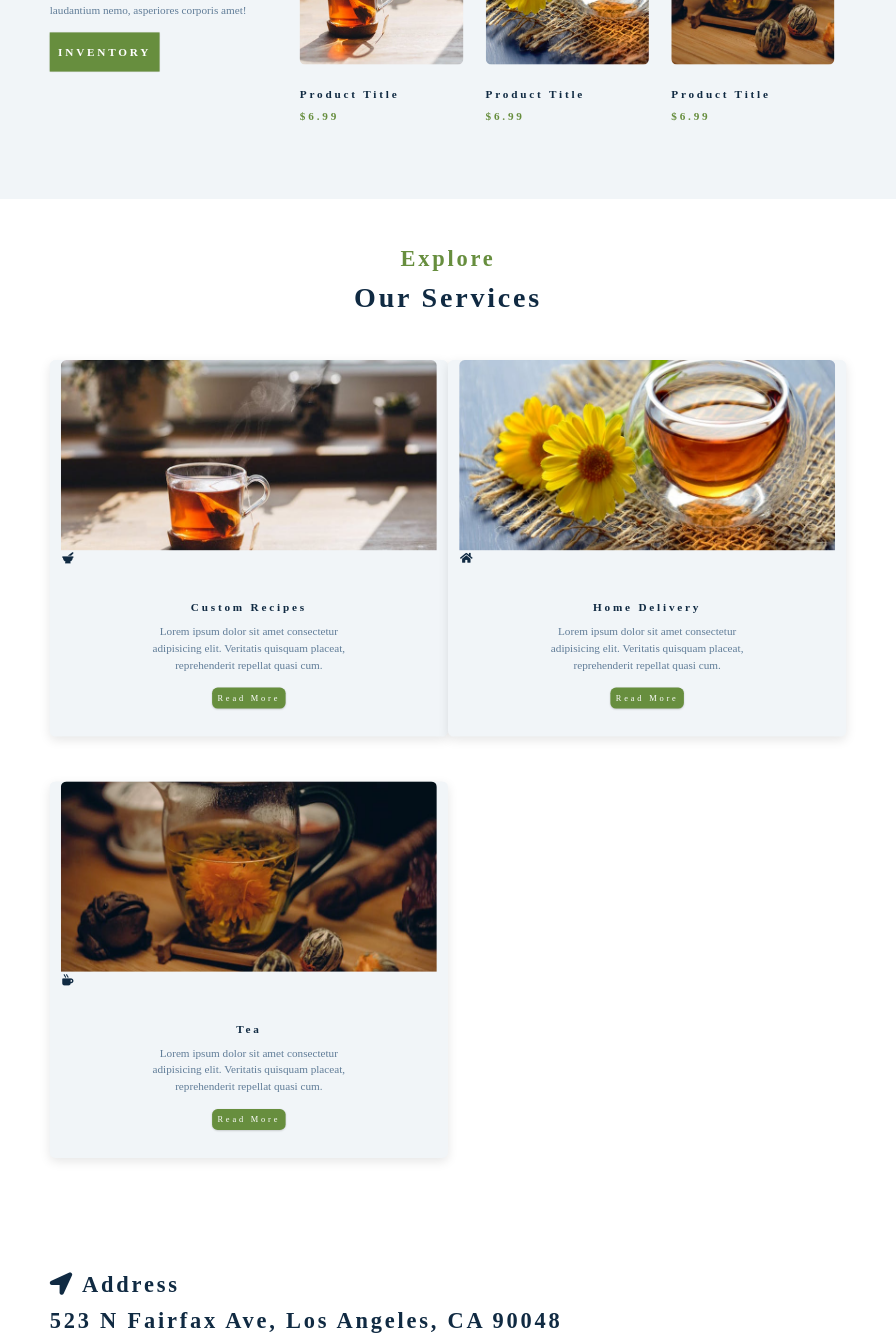
Repository: Ndifoinhilary/building_tea_site
Page: index.html
An editor plug-in stored every save of this project. The page is shown before and after the next save, followed by the edit.
The browser window is 1280 px wide. The pictures show the part of the page from y = 1906 to 3826 px (the page is 4376 px tall), at 70% of full size.
Backgrounds fixed to the window are drawn as part of the page. Some web fonts or font styles are not loaded; a fallback is used.

Above is the page before, as saved 2024-01-06 14:23:04.

### index.html
<!DOCTYPE html>
<html lang="en">

<head>
  <meta charset="UTF-8" />
  <meta name="viewport" content="width=device-width, initial-scale=1.0" />
  <meta http-equiv="X-UA-Compatible" content="ie=edge" />
  <title>Tea Station || Home</title>
  <!-- font-awesome -->
  <link rel="stylesheet" href="./fontawesome-free-5.7.2-web/css/all.css" />
  <!-- custom css -->
  <link rel="stylesheet" href="./css/styles.css" />
</head>

<body>
  <!-- nav button -->
  <span class="nav-btn" id="nav-btn">
    <i class="fas fa-bars"></i>
  </span>
  <!-- nav -->
  <nav class="navbar" id="navbar">
    <div class="navbar-header">
      <span class="nav-close" id="nav-close">
        <i class="fas fa-times"></i>
      </span>
    </div>
    <ul class="nav-items">
      <li><a href="index.html" class="nav-link">home</a></li>
      <li><a href="skills.html" class="nav-link">skills</a></li>
      <li><a href="about.html" class="nav-link">about</a></li>
      <li><a href="products.html" class="nav-link">products</a></li>
    </ul>
  </nav>
  <!-- header -->
  <header class="header">
    <div class="banner">
      <h2 class="banner-subtitle">Over one hunred flavors of tea</h2>
      <h1 class="banner-title">specially crafted tea</h1>
      <a href="skills.html" class=" btn banner-btn">explore</a>
    </div>
  </header>

  <div class="content-divider"></div>





  <!-- skills section -->
  <section class="skills clearfix">
    <!-- single skill -->
    <article class="skill">
      <span class="skill-icon">
        <i class="fas fa-mug-hot"></i>
      </span>
      <h4 class="skill-title">made in US</h4>
      <!-- ten words -->
      <p class="skill-text">
        Lorem ipsum dolor sit amet consectetur adipisicing elit. Tempore,
        sequi.
      </p>
    </article>
    <!-- end of single skill -->
    <!-- single skill -->
    <article class="skill">
      <span class="skill-icon">
        <i class="fas fa-glass-cheers"></i>
      </span>
      <h4 class="skill-title">relaxation</h4>
      <!-- ten words -->
      <p class="skill-text">
        Lorem ipsum dolor sit amet consectetur adipisicing elit. Tempore,
        sequi.
      </p>
    </article>
    <!-- end of single skill -->
    <!-- single skill -->
    <article class="skill">
      <span class="skill-icon">
        <i class="fas fa-bomb"></i>
      </span>
      <h4 class="skill-title">energy</h4>
      <!-- ten words -->
      <p class="skill-text">
        Lorem ipsum dolor sit amet consectetur adipisicing elit. Tempore,
        sequi.
      </p>
    </article>
    <!-- end of single skill -->
    <!-- single skill -->
    <article class="skill">
      <span class="skill-icon">
        <i class="fas fa-mortar-pestle"></i>
      </span>
      <h4 class="skill-title">family recipe</h4>
      <!-- ten words -->
      <p class="skill-text">
        Lorem ipsum dolor sit amet consectetur adipisicing elit. Tempore,
        sequi.
      </p>
    </article>
    <!-- end of single skill -->
  </section>
  <!--end of skills section -->




  <!-- about -->
  <section class="about">

    <div class="section-center clearfix">

      <article class="about-img">
        <div class="about-picture-container">
          <img src="./images/about-bcg.jpeg" alt="tea kettle" class="about-picture" />
        </div>
      </article>

      <article class="about-info">
        <!-- section title -->
        <div class="section-title">
          <h3 class="section-subtitle">about our</h3>
          <h2 class="section-title">tea station</h2>
        </div>
        <!-- section title -->
        <p class="about-text">
          Lorem ipsum dolor sit amet consectetur adipisicing elit. Possimus
          numquam rem eos vel consequuntur obcaecati?
        </p>
        <p class="about-text">
          Lorem ipsum dolor sit amet consectetur adipisicing elit. Possimus
          numquam rem eos vel consequuntur obcaecati?
        </p>
        <a href="about.html" class="btn">learn more</a>
      </article>
    </div>
  </section>
  <!-- end of about -->





  <!-- products -->
  <section class="products">
    <div class="section-center clearfix">
      <!-- products info  -->
      <article class="products-info">
        <!-- title -->
        <div>
          <h3 class="section-subtitle">check out</h3>
          <h2 class="section-title text-white">our products</h2>
        </div>
        <!-- end of title -->
        <p class="product-text">
          Lorem ipsum dolor sit amet consectetur adipisicing elit. Quod, quae
          vitae! Natus sed fugiat id laudantium nemo, asperiores corporis
          amet!
        </p>
        <a href="products.html" class="btn">inventory</a>
      </article>
      <!-- end of products info -->

      <!-- products inventory -->
      <article class="products-inventory clearfix">
        <!-- single product -->
        <div class="product">
          <img src="./images/product-1.jpeg" alt="single product" class="product-img" />
          <h4 class="product-title">product title</h4>
          <h4 class="product-price">$6.99</h4>
        </div>
        <!--end of single product -->
        <!-- single product -->
        <div class="product">
          <img src="./images/product-2.jpeg" alt="single product" class="product-img" />
          <h4 class="product-title">product title</h4>
          <h4 class="product-price">$6.99</h4>
        </div>
        <!--end of single product -->
        <!-- single product -->
        <div class="product">
          <img src="./images/product-3.jpeg" alt="single product" class="product-img" />
          <h4 class="product-title">product title</h4>
          <h4 class="product-price">$6.99</h4>
        </div>
        <!--end of single product -->
      </article>
      <!--end of  products inventory -->
    </div>
  </section>


  <!-- end of  products -->

<!-- Services section -->
<section class="services">
    <!-- section title -->
    <div class="section-title services-title">
      <h3 class="section-subtitle">explore</h3>
      <h2 class="section-title">Our services</h2>
    </div>
    <!-- section title -->

    <div class="section-center clearfix">
      <!-- single card -->
      <article class="service-card">
        <div class="service-img-container">
          <img src="./images/product-1.jpeg" class="service-img" alt="signle service">
          <span class="service-icon"><i class="fas fa-mortar-pestle fa-fw"></i></span>
        </div>
        <div class="service-info">
          <h4>Custom recipes</h4>
          <p>Lorem ipsum dolor sit amet consectetur adipisicing elit. Veritatis quisquam placeat, reprehenderit repellat quasi cum.</p>
          <a href="products.html" class="btn service-btn">read more</a>
        </div>
      </article>

      <article class="service-card">
        <div class="service-img-container">
          <img src="./images/product-2.jpeg" class="service-img" alt="signle service">
          <span class="service-icon"><i class="fas fa-home fa-fw"></i></span>
        </div>
        <div class="service-info">
          <h4>Home delivery</h4>
          <p>Lorem ipsum dolor sit amet consectetur adipisicing elit. Veritatis quisquam placeat, reprehenderit repellat quasi cum.</p>
          <a href="products.html" class="btn service-btn">read more</a>
        </div>
      </article>
      <article class="service-card">
        <div class="service-img-container">
          <img src="./images/product-3.jpeg" class="service-img" alt="signle service">
          <span class="service-icon"><i class="fas fa-mug-hot fa-fw"></i></span>
        </div>
        <div class="service-info">
          <h4>tea </h4>
          <p>Lorem ipsum dolor sit amet consectetur adipisicing elit. Veritatis quisquam placeat, reprehenderit repellat quasi cum.</p>
          <a href="products.html" class="btn service-btn">read more</a>
        </div>
      </article>
      <!--  end single card -->
    </div>
    <!-- service infor -->

    <!-- End service infor -->
</section>
<!-- End of service section -->


  <!-- contact -->
  <section class="contact">
    <div class="section-center clearfix">
      <!-- contact info -->
      <article class="contact-info">
        <!-- contact item -->
        <div class="contact-item">
          <!-- contact text -->
          <h3 class="contact-title">
            <span class="contact-icon">
              <i class="fas fa-location-arrow"></i> </span>address
          </h3>
          <h3 class="contact-text">
            523 N Fairfax Ave, Los Angeles, CA 90048
          </h3>
        </div>
        <!-- end of contact item -->
        <!-- contact item -->
        <div class="contact-item">
          <!-- contact text -->
          <h3 class="contact-title">
            <span class="contact-icon"> <i class="fas fa-envelope"></i> </span>email
          </h3>
          <h3 class="contact-text">email@email.com</h3>
        </div>
        <!-- end of contact item -->

        <!-- contact item -->
        <div class="contact-item">
          <!-- contact text -->
          <h3 class="contact-title">
            <span class="contact-icon">
              <i class="fas fa-location-arrow"></i> </span>telephone
          </h3>
          <h3 class="contact-text">+ 123 456 789</h3>
        </div>
        <!-- end of contact item -->
      </article>
      <article class="contact-form">
        <form action="https://formspree.io/learncodetutorial@gmail.com" method="POST" class="form-group">
          <input type="text" name="name" placeholder="name" class="form-control" />
          <input type="email" name="email" placeholder="email" class="form-control" />
          <textarea name="message" placeholder="message" class="form-control" rows="5"></textarea>
          <button class="main-btn">send</button>
        </form>
      </article>
      <!-- end of contact info -->
    </div>
  </section>




  <!-- end o fcontact -->
  <footer class="footer">
    <div class="section-center">
      <div class="social-icons">
        <!-- social icon -->
        <a href="#" class="social-icon">
          <i class="fab fa-facebook"></i>
        </a>
        <!-- end of social icon -->
        <!-- social icon -->
        <a href="#" class="social-icon">
          <i class="fab fa-twitter"></i>
        </a>
        <!-- end of social icon -->
        <!-- social icon -->
        <a href="#" class="social-icon">
          <i class="fab fa-instagram"></i>
        </a>
        <!-- end of social icon -->
      </div>
      <p class="footer-text">
        &copy;2019 <span class="text-primary">tea station</span>. all rights
        reserved
      </p>
    </div>
  </footer>



  <script src="app.js"></script>
</body>

</html>

### css/styles.css
@import url("https://fonts.googleapis.com/css?family=Catamaran:400,700|Grand+Hotel");

* {
  margin: 0;
  padding: 0;
  box-sizing: border-box;
}

/*================
Global variables
===================
*/

:root{
  --clr-primary:#678e3e;
  --clr-primary-light:#beed8c;
  --clr-grey-1:#102a42;
  --clr-grey-5:#617d98;
  --clr-grey-10:#f1f5f8;
  --clr-white:#fff;
  --ff-primary:"Catamaran",sans-serif;
  --ff-secondary:"Grand Hotel", cursive;
  --transition: all 0.3s linear ;
  --spacing:0.25rem;
  --radius:0.5rem;
}


body{
  font-family: var(--clr-primary);
  background: var(--clr-white);
  color: var(--clr-grey-1);
  line-height: 1.5;
  font-size: 0.875rem;
}

a{
  text-decoration: none;
}

img{
  width: 100%;
  display: block;
}
h1,h2,h3,h4{
  letter-spacing: var(--spacing);
  text-transform: capitalize;
  line-height: 1.25;
  margin-bottom: 0.75rem;
}

h1{
  font-size: 3rem;
}
h2{
  font-size: 2rem;
}
h3{
  font-size: 1.5rem;
}
h4{
  font-size: 0.875rem;
}

p{
  margin-bottom: 1.25rem;
}
@media screen and (min-width:800px) {
  h1{
    font-size: 4rem;
  }
  h2{
    font-size: 2.5rem;
  }
  h3{
    font-size: 2rem;
  }
  h4{
    font-size: 1rem;
  }
  body{
    font-size: 1rem;
  }
  h1,h2,h3,h4{
    line-height: 1.25;

  }
}
/*
more css
 */

 .btn{
  text-transform: uppercase;
  background: var(--clr-primary);
  color: var(--clr-white);
  padding: 1rem 0.75rem;
  letter-spacing: var(--spacing);
  display: inline-block;
  font-weight:700 ;
  transition: var(--transition);
  font-size: 1rem;
  border: none;
  cursor: pointer;
  box-shadow: 0 1px 3px rgba(0, 0, 0,0.2);
 }
.btn:hover {
  color: var(--ff-primary);
  background: var(--clr-primary-light);
}
.clearfix::after , .clearfix::before{
  content: "";
  clear: both;
  display: table;
}
.section-title h3{
font-family: var(--ff-secondary);
color: var(--clr-primary);
}
.section-title{
  margin-bottom: 2rem;
}
.section-center{
  padding: 4rem 0;
  width: 85vw;
  margin: 0 auto;
  max-width: 1170px;
}
@media screen and (min-width:992px) {
  .section-center{
    width: 95vw;
    padding: 4rem 1rem;
  }
}
 /*
 header
  */

  .header{
    min-height: 100vh;
    background: linear-gradient(rgba(0, 0, 0,0.6),rgba(0, 0, 0,0.6)) ,url("/images/main-bcg.jpeg") center/cover no-repeat fixed;
    position: relative;
    /* animation */
    overflow-x: hidden;

  }

  .banner{
    text-align: center;
    position: absolute;
    top: 50%;
    left: 50%;
    transform: translate(-50%,-50%);
  }

  .banner h2{
    font-family: var(--ff-secondary);
    color: var(--clr-primary);
    /* animation */
  }

  .banner h1{
    text-transform: uppercase;
    color: var(--clr-white);
    margin-top: 1.25rem;
    margin-bottom: 2rem;
  }

.banner-btn{
  outline: 0.125rem solid var(--clr-primary);
  outline-offset: 0.25rem;
  font-size: 1.25rem;
  padding:1rem 1.75rem ;
}

.content-divider{
height: 0.5rem;
background: linear-gradient(to left, var(--clr-primary), #e9b949, var(--clr-primary));
}

/*
skills section
 */

 .skills{
  background: var(--clr-grey-10);

 }

 .skill{
  text-align: center;
  padding: 2.5rem 0;
  transition: var(--transition);

 }

 .skill-icon{
  font-size: 2.5rem;
  margin-bottom: 1.25rem;
  transition: var(--transition);
  display: inline-block;
  color: var(--clr-primary);

 }
 .skill-text{
  color: var(--clr-grey-5);
  max-width: 17rem;
  margin: 0 auto;
 }
 .skill:hover {
  background: var(--clr-white);
  box-shadow: 0  2px var(--clr-primary);
 }

 .skill:hover .skill-icon{
  transform: translateY(-5px);
 }
 @media screen and (min-width:576px) {
  .skill{
    float: left;
    width: 50%;
  }
 }

 @media screen and (min-width:1200px) {
  .skill{

    width: 25%;
  }
 }

 /*
 About css
  */
.about-img, .about-info{
  padding: 2rem;
}

.about-picture-container{
  color: var(--clr-primary);
  border: 0.5rem solid var(--clr-primary);
  max-width: 30rem;
  overflow: hidden;

}

.about-picture{
  transition: var(--transition);
}

.about-picture-container:hover .about-picture{
opacity: 0.5;
transform: scale(1.2)
}


.about-text{
  max-width: 26rem;
  color: var(--clr-grey-5);
}


@media screen and (min-width:992px) {
  .about-info, .about-img{
    float: left;
    width: 50%;
  }
  .about-info{
    padding-left:2rem ;
  }
}
/*
product section
 */


 .product{
  margin-bottom: 2rem;
 }

.products{
  background: var(--clr-grey-10);

}

.products article{
  padding: 2rem 0;
}
.product-text{
  color: var(--clr-grey-5);
  max-width: 26rem;
}

.product-img{
  border-radius: var(--radius);
  margin-bottom: 2rem;
  height: 17rem;
  object-fit: cover;
}

.product-price{
  color: var(--clr-primary);
}

@media screen and (min-width:768px) {
.product{
  float: left;
  width: 50%;
  padding-left: 2rem;
}

}
@media screen and (min-width:992px) {
.product{
  width: 33.3%;
}

}
@media screen and (min-width:1200px) {
.products-info{
  float: left;
  width: 30%;
}

}
@media screen and (min-width:1200px) {
.products-inventory{
  float: left;
  width: 70%;
}
  .product{
    margin-bottom: 0;
    padding: 0 1rem;
  }
}

/*
services section
 */

.services-title{
  margin-top: 4rem;
  margin-bottom: -4rem;
  text-align: center;
}

.service-card{
  margin: 2rem 0;
  background: var(--clr-grey-10);
  border-radius: var(--radius);
  box-shadow: 0 5px 15px rgba(0, 0, 0,0.1);
  transition: var(--transition);
}
.service-card:hover{
  transform: scale(1.02);
  box-shadow: 0 5px 15px rgba(0, 0, 0,0.2);

}

.service-img{
  height: 17rem;
  object-fit: cover;
  border-top-left-radius: var(--radius);
  border-top-right-radius: var(--radius);
}

.service-info{
  text-align: center;
  padding: 3rem 1rem 2.5rem 1rem;
}

.service-info p {
  max-width: 20rem;
  color: var(--clr-grey-5);
  margin: 0 auto;
}

.service-btn{
  font-size: 0.75rem;
  text-transform: capitalize;
  padding: 0.375rem 0.5rem;
  border-radius: var(--radius);
  font-weight: 400;
  margin-top: 1.25rem;
}

@media screen and (min-width:756px) {
  .service-card{
    float: left;
    width: 50%;
    padding: 0 1rem;
  }

}

### app.js
const navBtn = document.getElementById("nav-btn");
const navbar = document.getElementById("navbar");
const navClose = document.getElementById("nav-close");

navBtn.addEventListener("click", () => {
  navbar.classList.add("showNav");
});

navClose.addEventListener("click", () => {
  navbar.classList.remove("showNav");
});

Loaded but not shown: fontawesome-free-5.7.2-web/css/all.css (library)

After the next save:
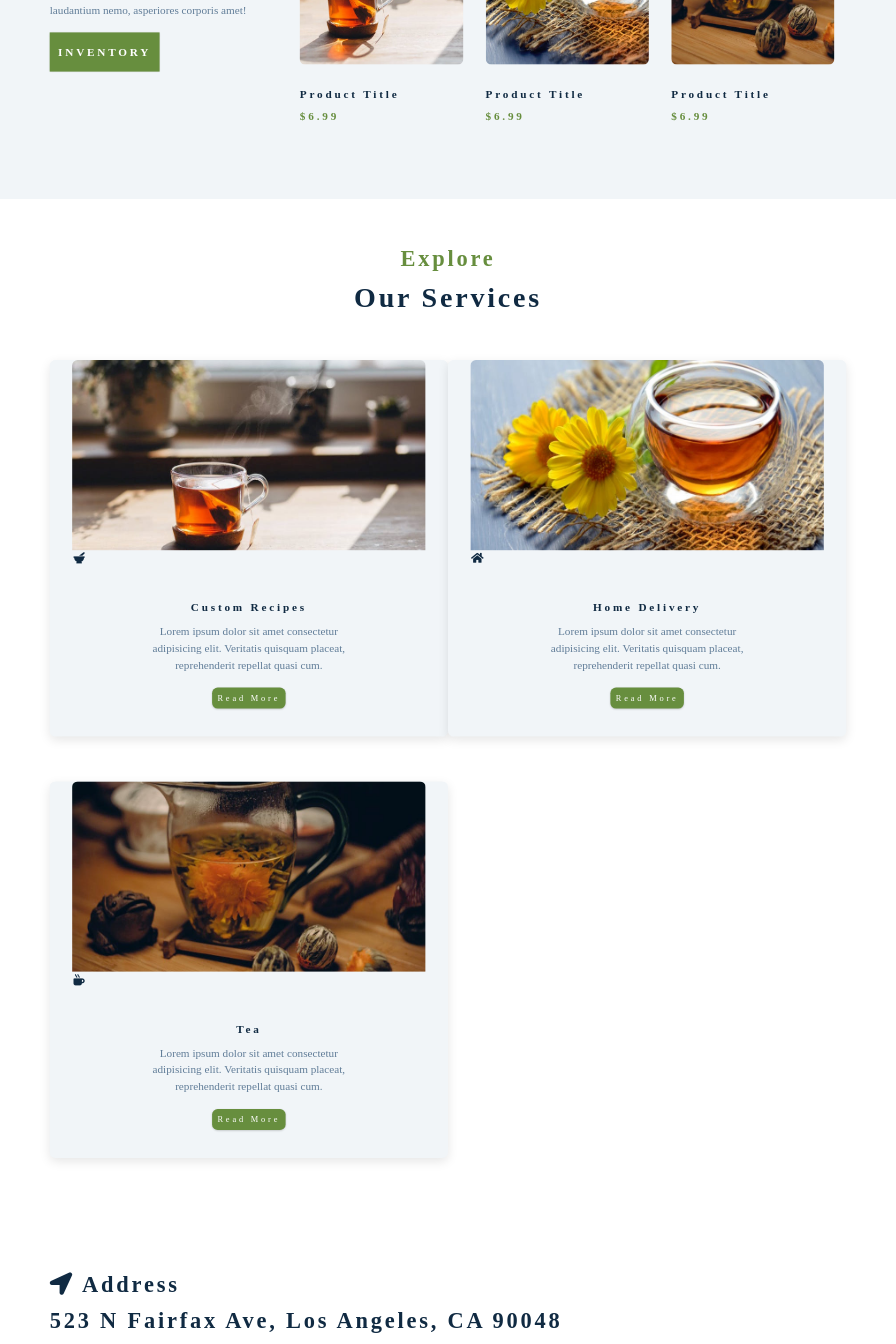
Saved 28 s later.
--- a/css/styles.css
+++ b/css/styles.css
@@ -388,7 +388,7 @@ services section
   .service-card{
     float: left;
     width: 50%;
-    padding: 0 1rem;
-  }
-
-}
+    padding: 0 2rem;
+  }
+
+}
